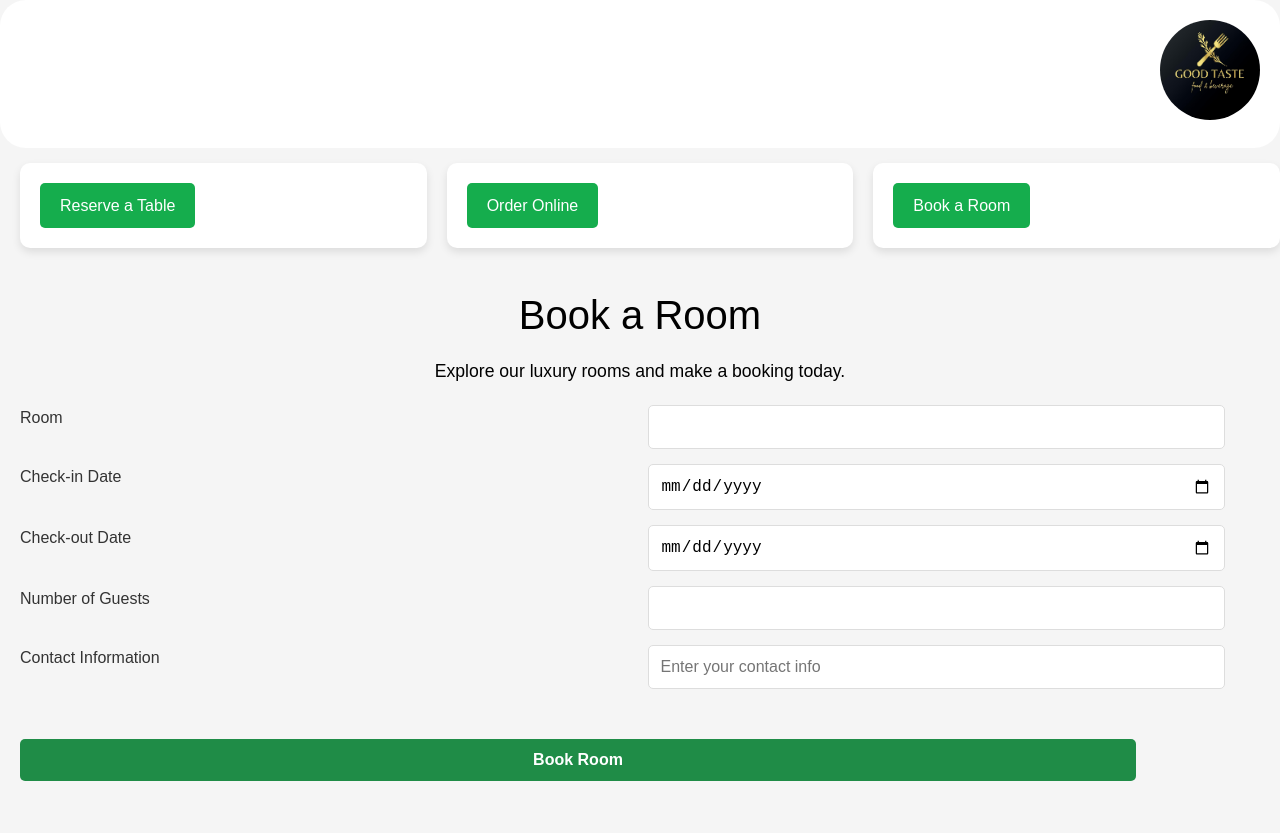
Repository: malingubarnice/Online-Reservation-System
Page: seperate_room.html
An editor plug-in stored every save of this project. The page is shown before and after the next save, followed by the edit.
The browser window is 1280 px wide. The pictures show the whole page.

Above is the page before, as saved 2025-04-03 18:36:03.
Console error: TypeError: Cannot read properties of null (reading 'addEventListener')

After the next save:
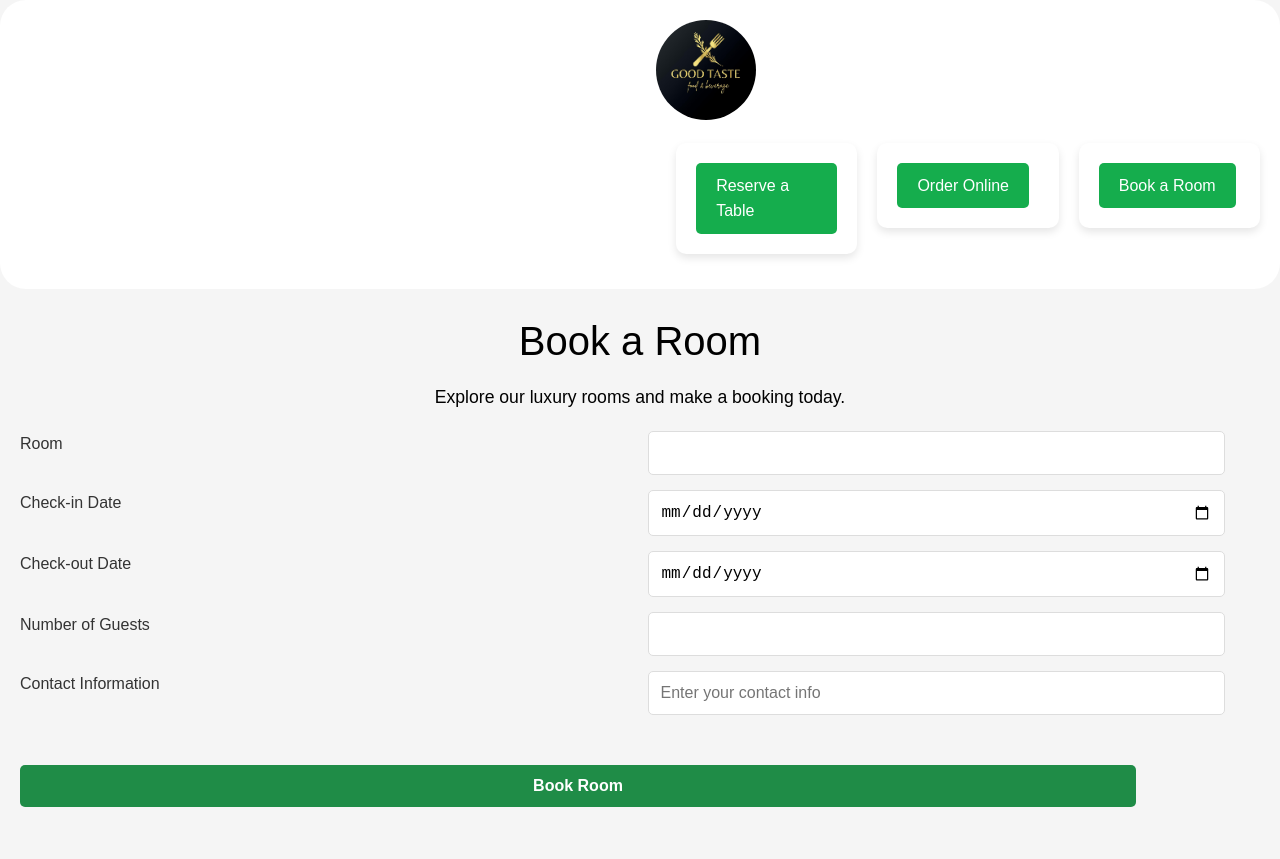
Saved 52 s later.
--- a/seperate_room.html
+++ b/seperate_room.html
@@ -12,14 +12,7 @@
         <!-- Navigation Bar -->
      <div class="logo">
       <img src="assets/logo.jpg" alt="Copper Ivy Logo">
-     </div>
-
-  </header>
-
-
-
-
-  <!-- Features Section -->
+        <!-- Features Section -->
   <section class="features">
     <div class="feature">
       <a href="#reservations" class="btn">Reserve a Table</a>
@@ -31,6 +24,14 @@
       <a href="#rooms" class="btn">Book a Room</a>
     </div>
   </section>
+
+     </div>
+
+  </header>
+
+
+
+
 
 
 
